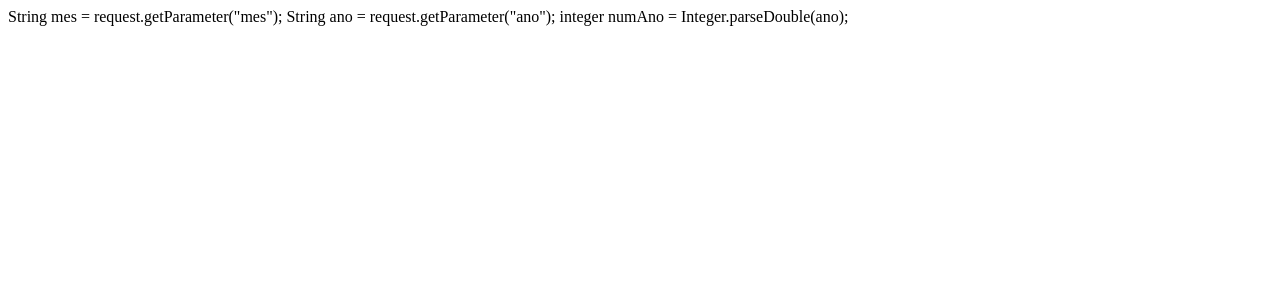
Repository: Ibizus/ejercicios_JSP
Page: http://localhost/ejercicios_Hector/ejercicio7/calendario.jsp
These files come from the project's save history. The page is drawn as it stood at one moment and after the next save; the edit follows.
The browser window is 1280 px wide. The pictures show the whole page.
The page is served by Tomcat 9.

Above is the page before, as saved 2023-11-15 09:15:27.

### ejercicios_Hector/src/main/webapp/ejercicio7/calendario.jsp
<%@ page language="java" contentType="text/html; charset=UTF-8"
    pageEncoding="UTF-8"%>
<!DOCTYPE html>
<html>
<head>
<meta charset="UTF-8">
<title>Cacula el calendario seleccionado</title>
</head>
<body>


	String mes = request.getParameter("mes");

	String ano = request.getParameter("ano");
	integer numAno = Integer.parseDouble(ano);

</body>
</html>

After the next save:
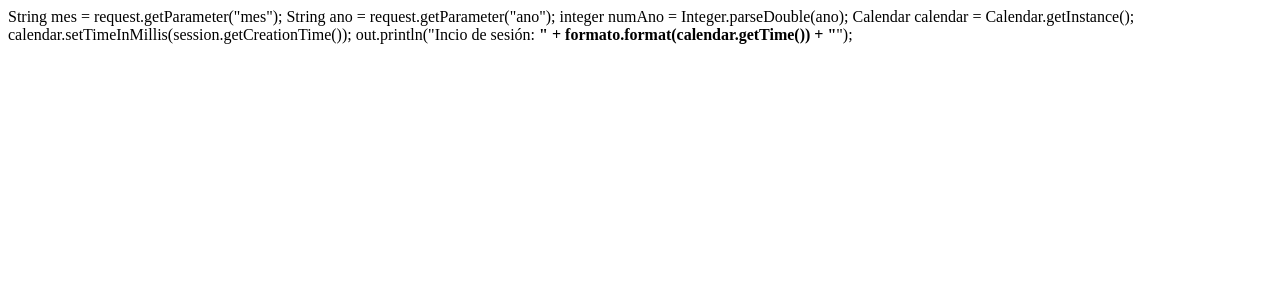
Saved 14 min 21 s later.
--- a/ejercicios_Hector/src/main/webapp/ejercicio7/calendario.jsp
+++ b/ejercicios_Hector/src/main/webapp/ejercicio7/calendario.jsp
@@ -8,11 +8,16 @@
 </head>
 <body>
 
-
 	String mes = request.getParameter("mes");
 
 	String ano = request.getParameter("ano");
 	integer numAno = Integer.parseDouble(ano);
 
+
+	Calendar calendar = Calendar.getInstance();
+	calendar.setTimeInMillis(session.getCreationTime());
+
+	out.println("Incio de sesión: <b>" + formato.format(calendar.getTime()) + "</b>");
+
 </body>
 </html>
